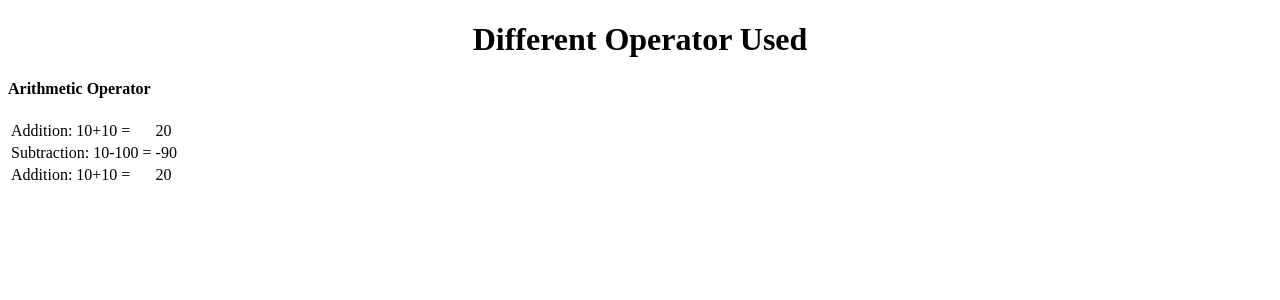
Repository: imrangthub/BlogUsingCoreJava
Page: http://localhost/StartingJsp_00/ExpressionLanguageOfJsp/expLanOperator.jsp
These files come from the project's save history. The page is drawn as it stood at one moment and after the next save; the edit follows.
The browser window is 1280 px wide. The pictures show the whole page.
The page is served by Tomcat 9.

Above is the page before, as saved 2016-12-25 13:12:44.

After the next save:
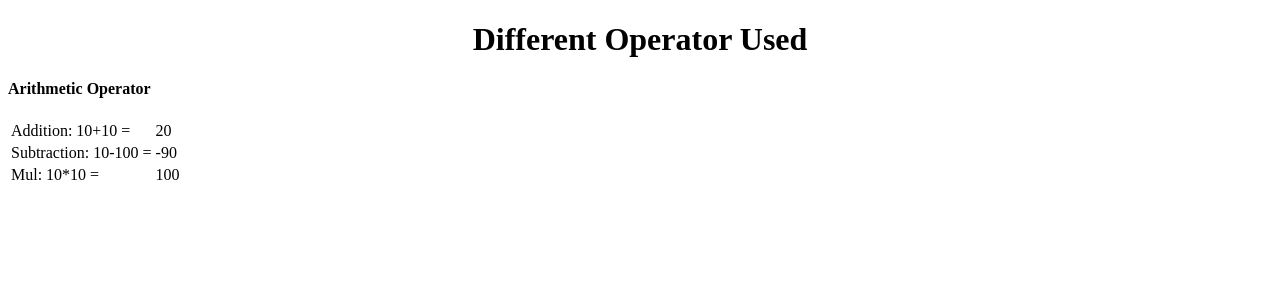
Saved 19 s later.
--- a/StartingJsp_00/WebContent/ExpressionLanguageOfJsp/expLanOperator.jsp
+++ b/StartingJsp_00/WebContent/ExpressionLanguageOfJsp/expLanOperator.jsp
@@ -20,8 +20,8 @@
 <td>${ 10-100 }</td>
 </tr>
 <tr>
-<td>Addition: 10+10 = </td>
-<td>${ 10+10 }</td>
+<td>Mul: 10*10 = </td>
+<td>${ 10*10 }</td>
 </tr>
 </table>
 
